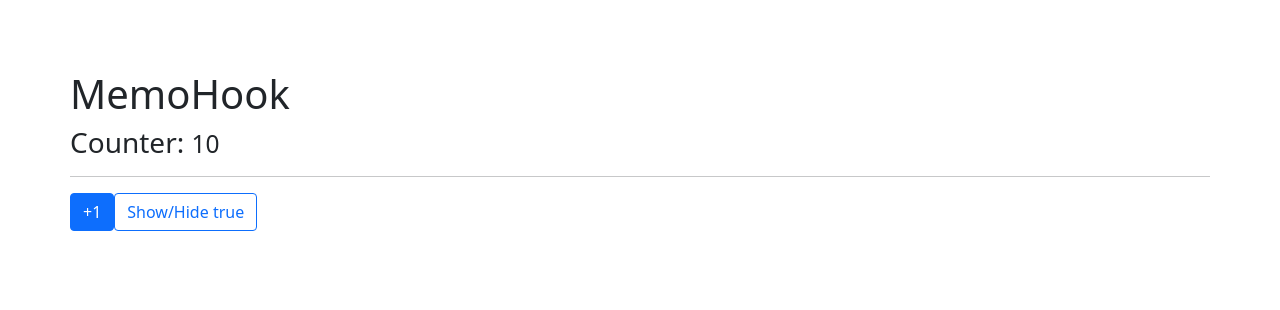
Repository: FlamesAlejandro/practicaReact
Page: /
An editor plug-in stored every save of this project. The page is shown before and after a run of saves, followed by the edit.
The browser window is 1280 px wide. The pictures show the whole page.
The project was rebuilt for these pictures with package versions that can differ from the ones it lists, and the page was loaded fresh each time.

Above is the page before, as saved 2021-06-03 19:55:32.

### public/index.html
<!DOCTYPE html>
<html lang="en">
  <head>
    <meta charset="utf-8" />
    <link rel="icon" href="%PUBLIC_URL%/favicon.ico" />
    <meta name="viewport" content="width=device-width, initial-scale=1" />
    <meta name="theme-color" content="#000000" />
    <meta
      name="description"
      content="Web site created using create-react-app"
    />

    <!--
      manifest.json provides metadata used when your web app is installed on a
      user's mobile device or desktop. See https://developers.google.com/web/fundamentals/web-app-manifest/
    -->
    <link rel="manifest" href="%PUBLIC_URL%/manifest.json" />
    <!--
      Notice the use of %PUBLIC_URL% in the tags above.
      It will be replaced with the URL of the `public` folder during the build.
      Only files inside the `public` folder can be referenced from the HTML.

      Unlike "/favicon.ico" or "favicon.ico", "%PUBLIC_URL%/favicon.ico" will
      work correctly both with client-side routing and a non-root public URL.
      Learn how to configure a non-root public URL by running `npm run build`.
    -->
       <!-- CSS only -->
<link href="https://cdn.jsdelivr.net/npm/bootstrap@5.0.1/dist/css/bootstrap.min.css" rel="stylesheet" integrity="sha384-+0n0xVW2eSR5OomGNYDnhzAbDsOXxcvSN1TPprVMTNDbiYZCxYbOOl7+AMvyTG2x" crossorigin="anonymous"></link>

    <title>Hooks App</title>
  </head>
  <body>
    <noscript>You need to enable JavaScript to run this app.</noscript>
    <div id="root"></div>
    <!--
      This HTML file is a template.
      If you open it directly in the browser, you will see an empty page.

      You can add webfonts, meta tags, or analytics to this file.
      The build step will place the bundled scripts into the <body> tag.

      To begin the development, run `npm start` or `yarn start`.
      To create a production bundle, use `npm run build` or `yarn build`.
    -->
  </body>
</html>

### src/index.js
import React from 'react';
import ReactDOM from 'react-dom';
import { MemoHook } from './components/06-memos/MemoHook';
// import { RealExampleRef } from './components/04-useRef/RealExampleRef';
// import { Layout } from './components/05-useLayoutEffect/LayoutEffect';
// import { Memorize } from './components/06-memos/Memorize';
// import { FocusScreen } from './components/04-useRef/FocusScreen';
// import { MultipleCustomHook } from './components/03-examples/MultipleCustomHook';
// import { FormWithCustomHook } from './components/useEffect/FormWithCustomHook';
// import { SimpleForm } from './components/useEffect/SimpleForm';
// import { CounterApp } from './components/01-useState/CounterApp';
// import { CounterWithCustomHook } from './components/01-useState/CounterWithCustomHook';
// import { HookApp } from './HookApp';

ReactDOM.render(

    <MemoHook />,

  document.getElementById('root')
);

### src/components/06-memos/MemoHook.js
import React, { useState, useMemo } from 'react';
import { useCounterM } from '../../hooks/useCounterM'
import { procesoPesado } from '../../helpers/procesoPesado';
import '../02-useEffect/effect.css';


export const MemoHook = () => {

    const { counter, increment } = useCounterM( 10 );
    const [ show, setShow ] = useState(true);

    const memoProcesoPesado = useMemo( () => procesoPesado( counter ), [ counter ]);

    return (
        <div>
            <h1> MemoHook </h1>
            <h3>Counter: <small>{ counter }</small> </h3>
            <hr />

            <button
                className="btn btn-primary"
                onClick={ increment }
            >
                +1
            </button>

            <button
                className="btn btn-outline-primary ml-3"
                onClick={ () =>{
                    setShow( !show );
                    }
                }
            >
                Show/Hide { JSON.stringify( show ) }
            </button>

        </div>
    )
}

### src/hooks/useCounterM.js
import { useState } from 'react';

export const useCounterM = (initialState = 10) => {

    const [counter, setCounter] = useState(initialState)

    const increment = (  ) => {
        setCounter( counter + 1 );
    }

    const decrement = (  ) => {
        setCounter( counter - 1 );
    }

    const reset = () => {
        setCounter( initialState );
    }

    return {
        counter,
        increment,
        decrement,
        reset
    };


}

### src/helpers/procesoPesado.js
export const procesoPesado = ( iteraciones ) => {

    for( let i = 0; i < iteraciones; i ++ ){
        console.log('Comienza....');
    }

    return `${ iteraciones } iteraciones realizadas.`;
}

Loaded but not shown: src/components/02-useEffect/effect.css (common file)

After the next 7 saves:
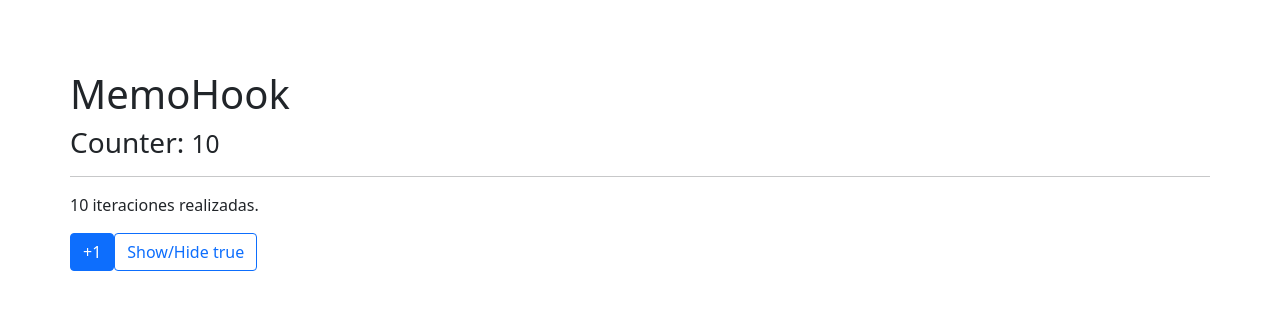
The 7 saves are shown as one change because they came seconds apart.
The last was saved 15 s later.
--- a/src/components/06-memos/MemoHook.js
+++ b/src/components/06-memos/MemoHook.js
@@ -16,6 +16,8 @@ export const MemoHook = () => {
             <h1> MemoHook </h1>
             <h3>Counter: <small>{ counter }</small> </h3>
             <hr />
+
+            <p> {memoProcesoPesado}</p>
 
             <button
                 className="btn btn-primary"
